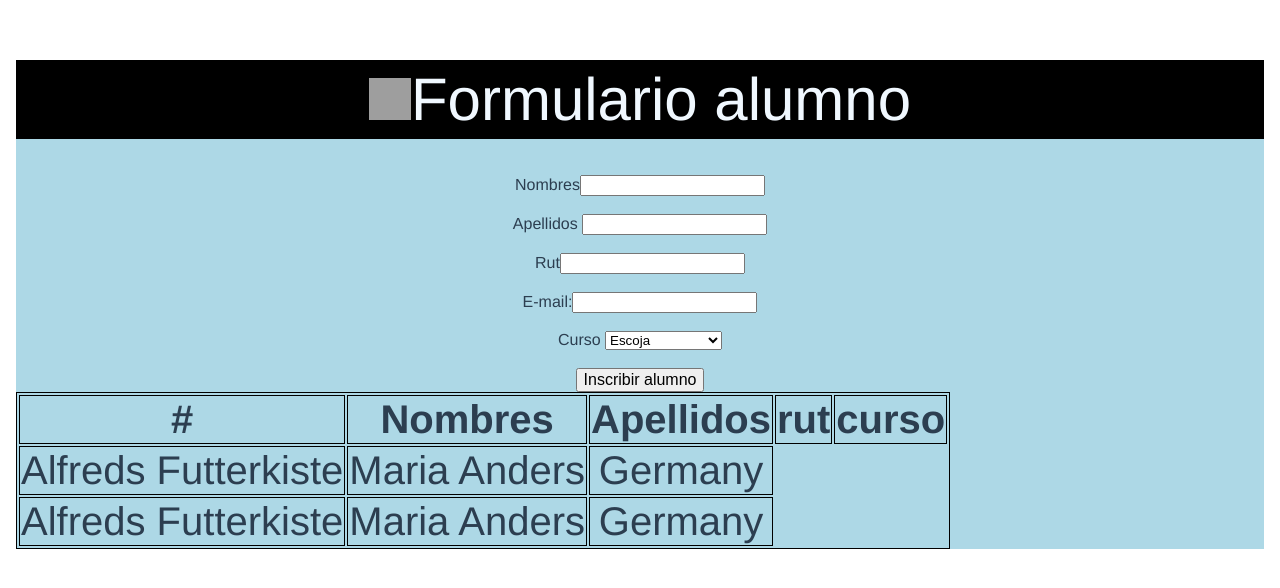
Repository: franciscamanquecheo/Tarea6ET
Page: / (app in my-project/)
The author's editor kept a copy of each file at every save. The page is drawn from the files as they stood at one save, then again after the next save.
The browser window is 1280 px wide. The pictures show the whole page.
Pictures or frames that could not be fetched are drawn as grey boxes. The project was rebuilt for these pictures with package versions that can differ from the ones it lists, and the page was loaded fresh each time. Also part of the build but not shown: my-project/vue.config.js.

Above is the page before, as saved 2022-06-19 23:40:54.

### my-project/src/App.vue
<template>

  <HelloWorld msg="Welcome to Your Vue.js App"/>
</template>

<script>
import HelloWorld from './components/HelloWorld.vue'

export default {
  name: 'App',
  components: {
    HelloWorld
  }
}
</script>

<style>
#app {
  font-family: Avenir, Helvetica, Arial, sans-serif;
  -webkit-font-smoothing: antialiased;
  -moz-osx-font-smoothing: grayscale;
  text-align: center;
  color: #2c3e50;
  margin-top: 60px;
}
</style>

### my-project/src/components/HelloWorld.vue

/*use eslint-disable */
<template>
  <body>
     <div>


       <a href="pagPrincipal.html">
      <img src="\my-project\src\assets\home.png" style="width:42px;height:42px;">
      </a>
      <span>Formulario alumno</span>

     </div>

  <form>
        <br><br>
          <label for="exampleInputEmail1">Nombres</label>
          <input type="email" class="form-control" id="exampleInputEmail1" aria-describedby="emailHelp"><br><br>
          <label for="fname">Apellidos </label>
          <input type="text" id="name" name="name" ><br><br>
          <label for="exampleInputPassword1" class="form-label">Rut</label>
          <input type="password" class="form-control" id="exampleInputPassword1"><br><br>
          <label for="lname">E-mail:</label>
          <input type="text" id="correo" name="correo">
          <br>
          <br>
          <label for="fname">Curso </label>
          <select name="name-cursos" id="Cursos">
            <option value="rigatoni">Escoja</option>
           <option value="rigatoni">Artes modernas</option>
            <option value="rigatoni">Lengua</option>
             <option value="rigatoni">Baile artistico</option>
              <option value="rigatoni">Ingles Medio</option>
          </select>



          <br><br>
          <button type="submit" class="btn btn-primary">Inscribir alumno</button>

      </form>
      <table class="table">
    <thead>
    <tr>
      <th scope="col">#</th>
      <th scope="col">Nombres</th>
      <th scope="col">Apellidos</th>
      <th scope="col">rut</th>
      <th scope="col">curso</th>

    </tr>
    </thead>
    <tbody>

     <tr>
    <td>Alfreds Futterkiste</td>
    <td>Maria Anders</td>
    <td>Germany</td>
  </tr>
    <tr>
    <td>Alfreds Futterkiste</td>
    <td>Maria Anders</td>
    <td>Germany</td>
  </tr>

    </tbody>
  </table>
  </body>

</template>

<script>
export default {

  name: 'HelloWorld',
  props: {
    msg: String
  }
}
</script>

<!-- Add "scoped" attribute to limit CSS to this component only -->
//<style scoped>
body {
    background-color: lightblue;
  }
  img{
    text-align: left;

  }
  span{
    color: aliceblue; font-size: 60px;
    text-align: center;

  }
  div{

    background-color: black;
            padding: 5px;
            font-size: 20px;

  }
  button{
    font-size: medium;
  }

   table,th,td{
     border:1px solid black;
    font-size: 40px;
  }

  form{
    text-align: center;
  }
  .table{
    font-size: 40px;
  }
</style>

Loaded but not shown: my-project/public/index.html (common file); my-project/src/main.js (common file)

After the next save:
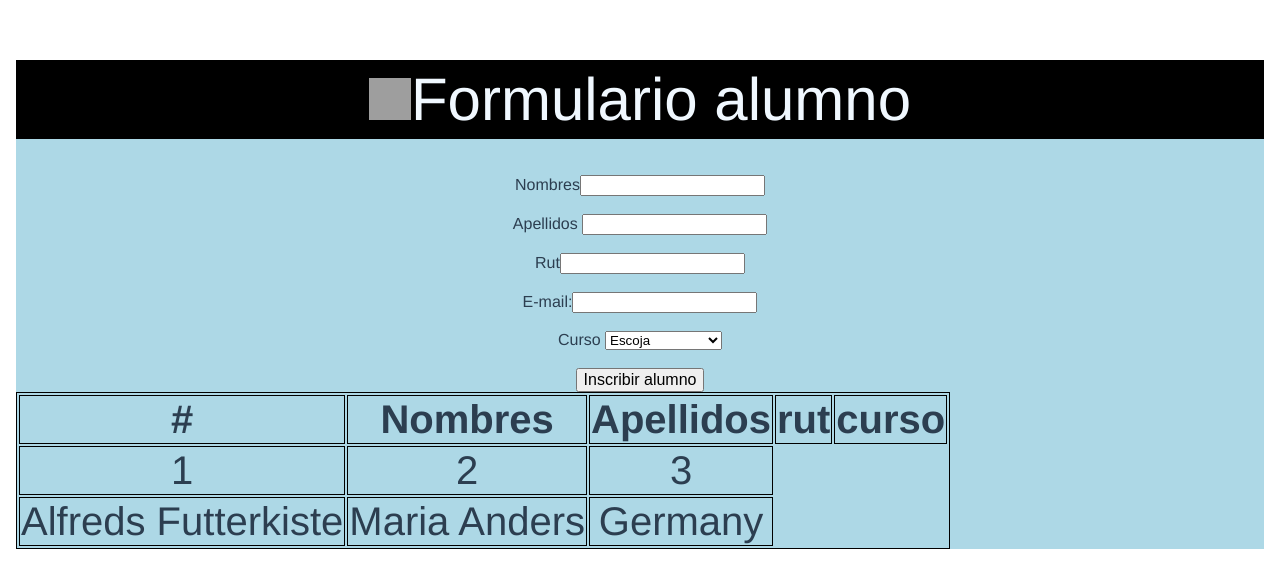
Saved 28 s later.
--- a/my-project/src/components/HelloWorld.vue
+++ b/my-project/src/components/HelloWorld.vue
@@ -53,9 +53,9 @@
     <tbody>
 
      <tr>
-    <td>Alfreds Futterkiste</td>
-    <td>Maria Anders</td>
-    <td>Germany</td>
+    <td>1</td>
+    <td>2</td>
+    <td>3</td>
   </tr>
     <tr>
     <td>Alfreds Futterkiste</td>
